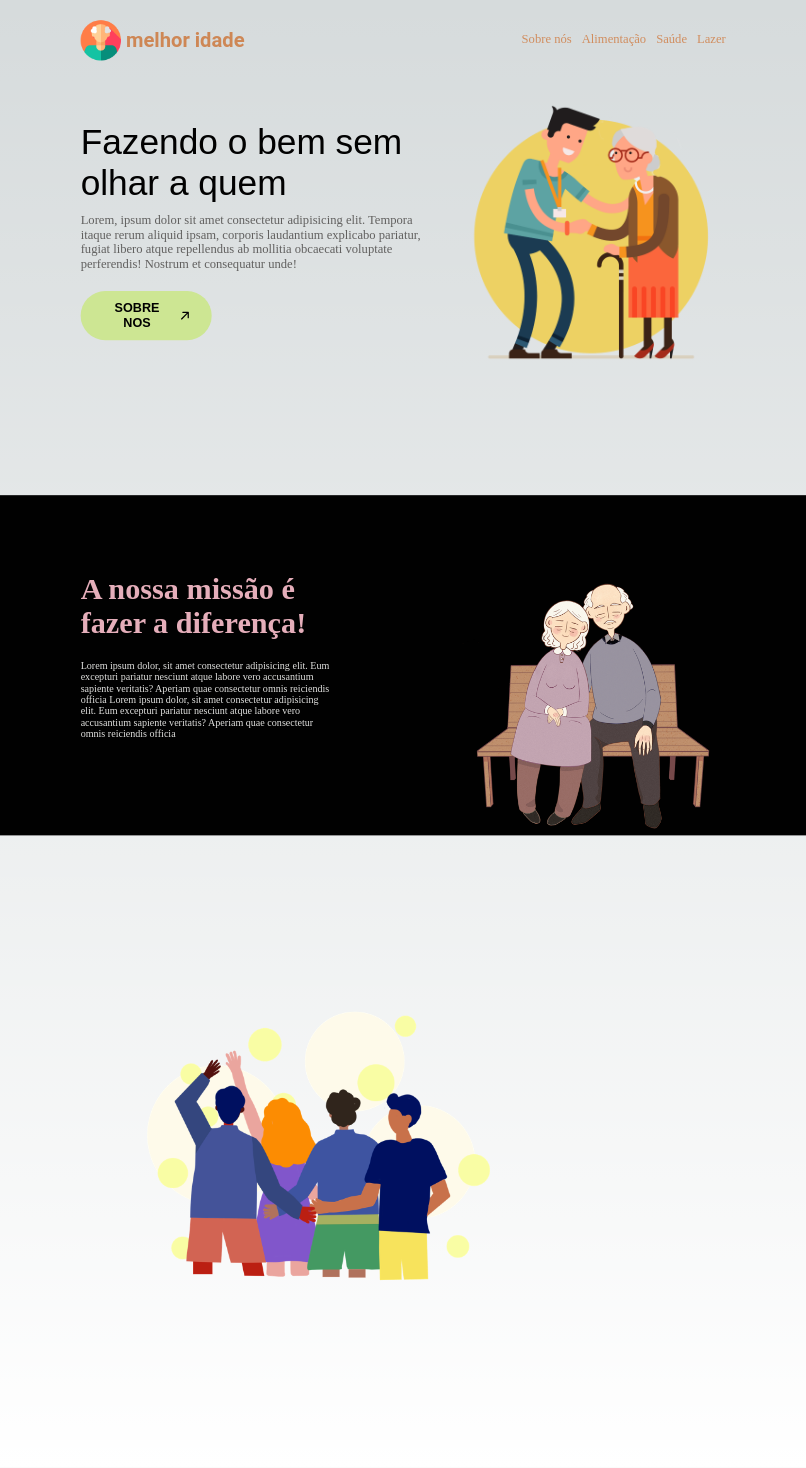
Repository: Giopol12/melhor-idade-online
Page: /home
An editor plug-in stored every save of this project. The page is shown before and after the next save, followed by the edit.
The browser window is 1280 px wide. The pictures show the whole page, at 63% of full size.
The project was rebuilt for these pictures with package versions that can differ from the ones it lists, and the page was loaded fresh each time. The framework's server and built-in components were replaced by stand-ins that run in the browser. Also part of the build but not shown: next.config.js.

Above is the page before, as saved 2023-11-21 11:05:44.

### src/pages/home/index.tsx
import { Header } from '@/components/Header'
import { Container } from './styles'
import { HomeMain } from './HomeMain'

import { OurMission } from '@/components/OurMission'
import { AboutUs } from '@/components/AboutUs'
export default function Home() {
  return (
    <Container>
      <Header />
      <HomeMain />
      <OurMission />
      <AboutUs />
    </Container>
  )
}

### src/components/Header/index.tsx
import Image from 'next/image'
import { HeaderContainer, LogoContainer, NavContainer } from './styles'

import logo2 from '../../../assets/logo2.png'
import Link from 'next/link'

export function Header() {
  return (
    <HeaderContainer>
      <LogoContainer href="/">
        <Image src={logo2} width={64} alt="logo" quality={100} />
        <strong>melhor idade</strong>
      </LogoContainer>

      <NavContainer>
        <Link href={'/nutrition'}>Sobre nós</Link>
        <Link href="/">Alimentação</Link>
        <Link href="/">Saúde</Link>
        <Link href="/">Lazer</Link>
      </NavContainer>
    </HeaderContainer>
  )
}

### src/pages/home/styles.ts
import { styled } from '@/styles'

export const Container = styled('div', {
  maxWidth: '1440px',
  margin: '0 auto',
})

### src/pages/home/HomeMain/index.tsx
import Image from 'next/image'
import { ContentContainer, HomeMainContainer } from './styles'

import mainImg from '../../../../assets/main-image.png'
import { ArrowUpRight } from '@phosphor-icons/react'

export function HomeMain() {
  return (
    <HomeMainContainer>
      <ContentContainer>
        <h1>Fazendo o bem sem olhar a quem</h1>
        <p>
          Lorem, ipsum dolor sit amet consectetur adipisicing elit. Tempora
          itaque rerum aliquid ipsam, corporis laudantium explicabo pariatur,
          fugiat libero atque repellendus ab mollitia obcaecati voluptate
          perferendis! Nostrum et consequatur unde!
        </p>
        <button>
          <span>SOBRE NOS</span>
          <ArrowUpRight size={22} weight="bold" />
        </button>
      </ContentContainer>
      <Image src={mainImg} width={450} alt="" />
    </HomeMainContainer>
  )
}

### src/components/OurMission/index.tsx
import {
  OurMissionContainer,
  OurMissionContentContainer,
  OurMissionTitleAndDescriptionContainer,
} from './styles'
import Image from 'next/image'
import img from '@/../assets/our-mission-img.png'

export function OurMission() {
  return (
    <OurMissionContainer>
      <OurMissionContentContainer>
        <OurMissionTitleAndDescriptionContainer>
          <h1>A nossa missão é fazer a diferença!</h1>
          <p>
            Lorem ipsum dolor, sit amet consectetur adipisicing elit. Eum
            excepturi pariatur nesciunt atque labore vero accusantium sapiente
            veritatis? Aperiam quae consectetur omnis reiciendis officia Lorem
            ipsum dolor, sit amet consectetur adipisicing elit. Eum excepturi
            pariatur nesciunt atque labore vero accusantium sapiente veritatis?
            Aperiam quae consectetur omnis reiciendis officia
          </p>
        </OurMissionTitleAndDescriptionContainer>
        <Image src={img} height={420} quality={100} alt="" />
      </OurMissionContentContainer>
    </OurMissionContainer>
  )
}

### src/components/AboutUs/index.tsx
import { AboutUsContainer } from './styles'

import Image from 'next/image'
import youngPeople from '@/../assets/young-people.png'
export function AboutUs() {
  return (
    <AboutUsContainer>
      <Image src={youngPeople} width={600} alt="" />
    </AboutUsContainer>
  )
}

### src/components/Header/styles.ts
import { styled } from '@/styles'
import Link from 'next/link'

export const HeaderContainer = styled('header', {
  maxWidth: 1024,
  margin: '2rem auto',
  display: 'flex',
  justifyContent: 'space-between',
  alignItems: 'center',
})
export const LogoContainer = styled(Link, {
  fontFamily: 'Roboto, sans-serif',
  display: 'flex',
  alignItems: 'center',
  gap: '0.5rem',
  fontWeight: 900,
  fontSize: '2rem',
  textDecoration: 'none',
  color: '$beije500',
})
export const NavContainer = styled('div', {
  display: 'flex',
  gap: '1rem',
  a: {
    textDecoration: 'none',
    color: '$beije400',
    fontSize: '$lg',
    borderBottom: '3px solid transparent',
    '&:hover': {
      borderBottom: '3px solid $beije500',
    },
  },
})

### src/styles/index.ts
import { createStitches } from '@stitches/react'
export const {
  config,
  createTheme,
  css,
  getCssText,
  globalCss,
  keyframes,
  prefix,
  reset,
  styled,
  theme,
} = createStitches({
  theme: {
    colors: {
      white: '#FFF',

      beije100: '#FFFBF4',
      beije400: '#D18D5E',
      beije500: '#CE8755',
      gray500: '#61605F',
      gray700: '#21201F',
      gray900: '#010101',
      green100: '#CDE693',
    },

    fontSizes: {
      md: '1.125rem',
      lg: '1.25rem',
      xl: '1.5rem',
      '2xl': '2rem',
    },
  },
})

### src/pages/home/HomeMain/styles.ts
import { styled } from '@/styles'

export const HomeMainContainer = styled('main', {
  maxWidth: 1024,
  margin: '3rem auto',
  display: 'flex',
  justifyContent: 'space-between',
})
export const ContentContainer = styled('div', {
  marginTop: '3rem',
  display: 'flex',
  flexDirection: 'column',

  flex: 1,
  gap: '1rem',
  paddingRight: '1.5rem',
  h1: {
    fontSize: '3.5rem',
    color: '$gray900',
    fontFamily: 'Lobster, sans-serif;',
    fontWeight: '400',
  },
  p: {
    fontSize: '$lg',
    color: '$gray500',
  },
  button: {
    marginTop: '1rem',
    display: 'flex',
    justifyContent: 'center',
    gap: '0.5rem',
    alignItems: 'center',
    boxSizing: 'initial',
    fontWeight: 'bold',
    width: '9rem',
    fontSize: '$lg',
    background: '$green100',
    border: 0,
    borderRadius: '9999px',
    padding: '1rem 2rem',
    '&:hover': {
      filter: 'brightness(0.8)',
      cursor: 'pointer',
    },
  },
})

### src/components/OurMission/styles.ts
import { styled } from '@/styles'

export const OurMissionContainer = styled('div', {
  margin: '12rem auto 0',
  background: '$gray900',
})
export const OurMissionContentContainer = styled('div', {
  maxWidth: 1024,
  paddingTop: '7.5rem',
  margin: '0 auto',

  display: 'flex',
  justifyContent: 'space-between',
})
export const OurMissionTitleAndDescriptionContainer = styled('div', {
  display: 'flex',
  flexDirection: 'column',
  gap: '2rem',
  maxWidth: '25rem',
  h1: {
    color: '#E5AEBA',
    fontSize: '3rem',
  },
  p: {
    color: '#E1E1DF',
  },
})

### src/components/AboutUs/styles.ts
import { styled } from '@/styles'

export const AboutUsContainer = styled('div', {
  margin: '200px',
})

Loaded but not shown: src/pages/_app.tsx (common file); src/pages/_document.tsx (common file); src/styles/globals.css (common file)

After the next save:
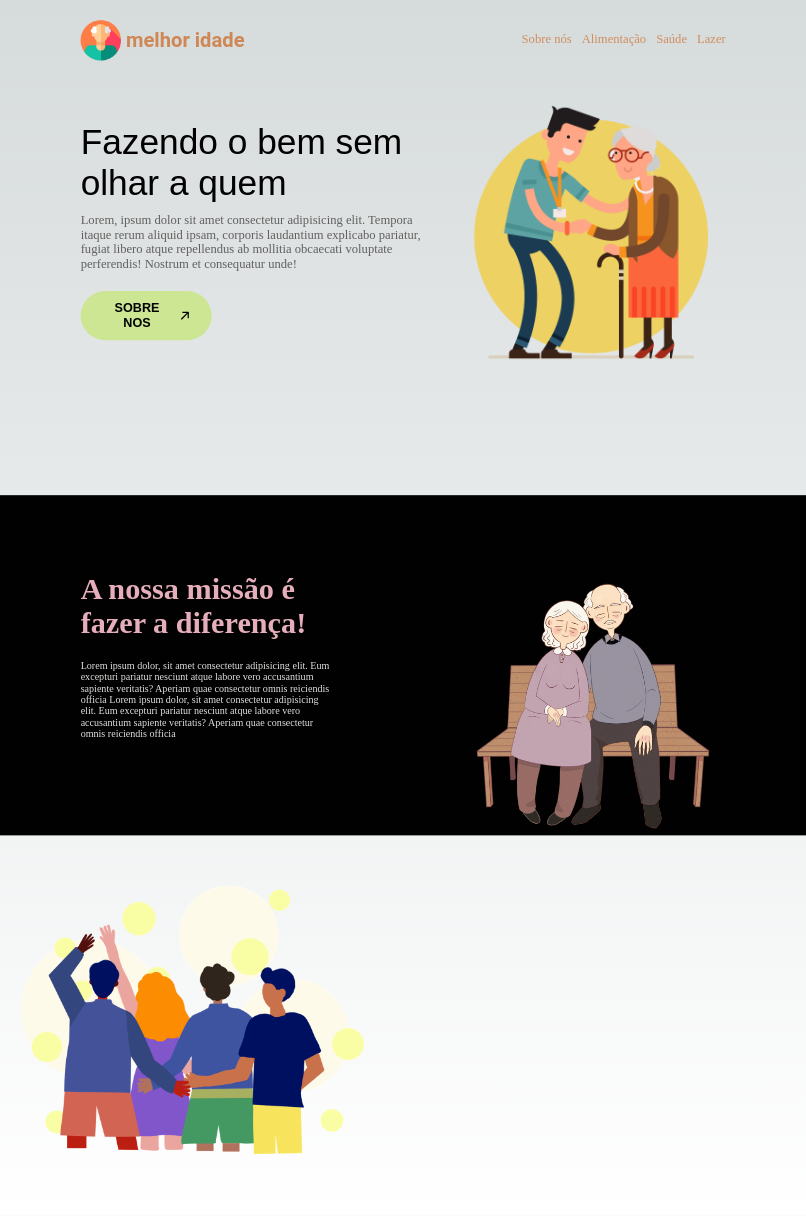
Saved 8 s later.
--- a/src/components/AboutUs/styles.ts
+++ b/src/components/AboutUs/styles.ts
@@ -1,5 +1,3 @@
 import { styled } from '@/styles'
 
-export const AboutUsContainer = styled('div', {
-  margin: '200px',
-})
+export const AboutUsContainer = styled('div', {})
